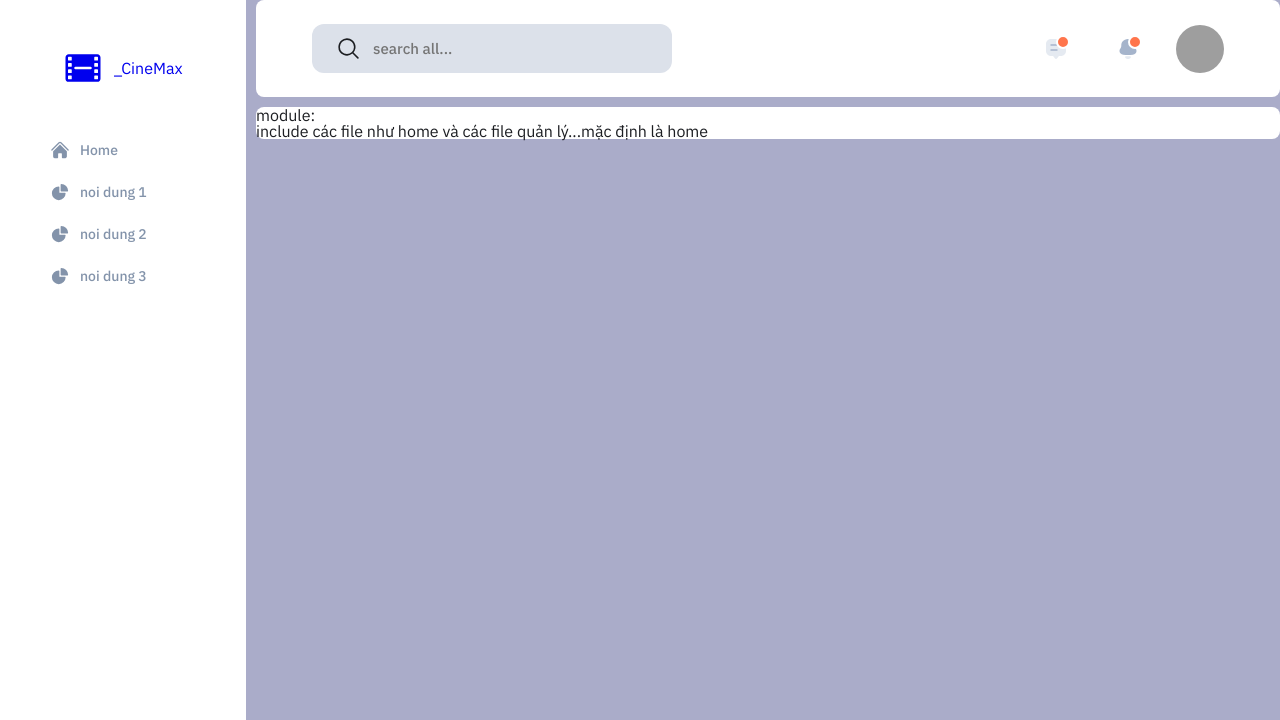
Repository: tdthinhtran961/DoAnCineMax
Page: http://localhost/admin/index.php
An editor plug-in stored every save of this project. The page is shown before and after the next save, followed by the edit.
The browser window is 1280 px wide. The pictures show the whole page.
Pictures or frames that could not be fetched are drawn as grey boxes. The page is run by PHP 8.4 with error messages shown; the project is at /var/www/html/.

Above is the page before, as saved 2023-05-25 23:53:31.

### admin/index.php
<!DOCTYPE html>
<html lang="en">
<head>
    <meta charset="UTF-8">
    <meta http-equiv="X-UA-Compatible" content="IE=edge">
    <meta name="viewport" content="width=device-width, initial-scale=1.0">
    <title>Admin CineMax</title>

    <link rel="stylesheet" href="./index.css">

    <link rel="preconnect" href="https://fonts.googleapis.com">
    <link rel="preconnect" href="https://fonts.gstatic.com" crossorigin>
    <link href="https://fonts.googleapis.com/css2?family=IBM+Plex+Sans:wght@400;500;600;700&display=swap" rel="stylesheet">
</head>
<body>
    <div class="wrapper">
        <?php include "./view/layout/sidebar.php" ?>
        <main class="main">
            <?php include "./view/layout/topbar.php" ?>
            <div class="main-container">
                <h1>module:</h1>
                include các file như home và các file quản lý...mặc định là home
            </div>
        </main>
    </div>
</body>
</html>

### admin/view/layout/sidebar.php
<aside class="sidebar">
    <a href="#" class="logo">
        <svg xmlns="http://www.w3.org/2000/svg" viewBox="0 0 24 24" fill="currentColor" class="w-6 h-6 logo-icon">
            <path fill-rule="evenodd" d="M1.5 5.625c0-1.036.84-1.875 1.875-1.875h17.25c1.035 0 1.875.84 1.875 1.875v12.75c0 1.035-.84 1.875-1.875 1.875H3.375A1.875 1.875 0 011.5 18.375V5.625zm1.5 0v1.5c0 .207.168.375.375.375h1.5a.375.375 0 00.375-.375v-1.5a.375.375 0 00-.375-.375h-1.5A.375.375 0 003 5.625zm16.125-.375a.375.375 0 00-.375.375v1.5c0 .207.168.375.375.375h1.5A.375.375 0 0021 7.125v-1.5a.375.375 0 00-.375-.375h-1.5zM21 9.375A.375.375 0 0020.625 9h-1.5a.375.375 0 00-.375.375v1.5c0 .207.168.375.375.375h1.5a.375.375 0 00.375-.375v-1.5zm0 3.75a.375.375 0 00-.375-.375h-1.5a.375.375 0 00-.375.375v1.5c0 .207.168.375.375.375h1.5a.375.375 0 00.375-.375v-1.5zm0 3.75a.375.375 0 00-.375-.375h-1.5a.375.375 0 00-.375.375v1.5c0 .207.168.375.375.375h1.5a.375.375 0 00.375-.375v-1.5zM4.875 18.75a.375.375 0 00.375-.375v-1.5a.375.375 0 00-.375-.375h-1.5a.375.375 0 00-.375.375v1.5c0 .207.168.375.375.375h1.5zM3.375 15h1.5a.375.375 0 00.375-.375v-1.5a.375.375 0 00-.375-.375h-1.5a.375.375 0 00-.375.375v1.5c0 .207.168.375.375.375zm0-3.75h1.5a.375.375 0 00.375-.375v-1.5A.375.375 0 004.875 9h-1.5A.375.375 0 003 9.375v1.5c0 .207.168.375.375.375zm4.125 0a.75.75 0 000 1.5h9a.75.75 0 000-1.5h-9z" clip-rule="evenodd" />
        </svg>
        _CineMax
    </a>
    <ul class="menu">
        <li class="menu-item">
            <a href="#" class="menu-link">
                <svg xmlns="http://www.w3.org/2000/svg" viewBox="0 0 24 24" fill="currentColor" class="w-6 h-6 menu-icon">
                    <path d="M11.47 3.84a.75.75 0 011.06 0l8.69 8.69a.75.75 0 101.06-1.06l-8.689-8.69a2.25 2.25 0 00-3.182 0l-8.69 8.69a.75.75 0 001.061 1.06l8.69-8.69z" />
                    <path d="M12 5.432l8.159 8.159c.03.03.06.058.091.086v6.198c0 1.035-.84 1.875-1.875 1.875H15a.75.75 0 01-.75-.75v-4.5a.75.75 0 00-.75-.75h-3a.75.75 0 00-.75.75V21a.75.75 0 01-.75.75H5.625a1.875 1.875 0 01-1.875-1.875v-6.198a2.29 2.29 0 00.091-.086L12 5.43z" />
                </svg>
                <span class="menu-text">Home</span>
            </a>
        </li>
        <li class="menu-item">
            <a href="#" class="menu-link">
            <svg xmlns="http://www.w3.org/2000/svg" viewBox="0 0 24 24" fill="currentColor" class="w-6 h-6 menu-icon">
                <path fill-rule="evenodd" d="M2.25 13.5a8.25 8.25 0 018.25-8.25.75.75 0 01.75.75v6.75H18a.75.75 0 01.75.75 8.25 8.25 0 01-16.5 0z" clip-rule="evenodd" />
                <path fill-rule="evenodd" d="M12.75 3a.75.75 0 01.75-.75 8.25 8.25 0 018.25 8.25.75.75 0 01-.75.75h-7.5a.75.75 0 01-.75-.75V3z" clip-rule="evenodd" />
            </svg>
                <span class="menu-text">noi dung 1</span>
            </a>
        </li>
        <li class="menu-item">
            <a href="#" class="menu-link">
                <svg xmlns="http://www.w3.org/2000/svg" viewBox="0 0 24 24" fill="currentColor" class="w-6 h-6 menu-icon">
                    <path fill-rule="evenodd" d="M2.25 13.5a8.25 8.25 0 018.25-8.25.75.75 0 01.75.75v6.75H18a.75.75 0 01.75.75 8.25 8.25 0 01-16.5 0z" clip-rule="evenodd" />
                    <path fill-rule="evenodd" d="M12.75 3a.75.75 0 01.75-.75 8.25 8.25 0 018.25 8.25.75.75 0 01-.75.75h-7.5a.75.75 0 01-.75-.75V3z" clip-rule="evenodd" />
                </svg>
                <span class="menu-text">noi dung 2</span>
            </a>
        </li>
        <li class="menu-item">
            <a href="#" class="menu-link">
            <svg xmlns="http://www.w3.org/2000/svg" viewBox="0 0 24 24" fill="currentColor" class="w-6 h-6 menu-icon">
                <path fill-rule="evenodd" d="M2.25 13.5a8.25 8.25 0 018.25-8.25.75.75 0 01.75.75v6.75H18a.75.75 0 01.75.75 8.25 8.25 0 01-16.5 0z" clip-rule="evenodd" />
                <path fill-rule="evenodd" d="M12.75 3a.75.75 0 01.75-.75 8.25 8.25 0 018.25 8.25.75.75 0 01-.75.75h-7.5a.75.75 0 01-.75-.75V3z" clip-rule="evenodd" />
            </svg>
                <span class="menu-text">noi dung 3</span>
            </a>
        </li>
    </ul>
</aside>

### admin/view/layout/topbar.php
<div class="topbar">
    <div class="search">
        <svg xmlns="http://www.w3.org/2000/svg" viewBox="0 0 24 24" fill="currentColor" class="w-6 h-6 search-icon">
            <path fill-rule="evenodd" d="M10.5 3.75a6.75 6.75 0 100 13.5 6.75 6.75 0 000-13.5zM2.25 10.5a8.25 8.25 0 1114.59 5.28l4.69 4.69a.75.75 0 11-1.06 1.06l-4.69-4.69A8.25 8.25 0 012.25 10.5z" clip-rule="evenodd" />
        </svg>
        <input type="text" class="search-input" placeholder="search all...">
    </div>
    <div class="topbar-right">
        <svg class="icon-message topbar-action" width="48" height="48" viewBox="0 0 48 48" fill="none" xmlns="http://www.w3.org/2000/svg">
            <path d="M14 24.97V18.99C14 16.23 16.24 14 19 14H29C31.76 14 34 16.23 34 18.99V25.97C34 28.72 31.76 30.95 29 30.95H27.5C27.19 30.95 26.89 31.1 26.7 31.35L25.2 33.34C24.54 34.22 23.46 34.22 22.8 33.34L21.3 31.35C21.14 31.13 20.78 30.95 20.5 30.95H19C16.24 30.95 14 28.72 14 25.97V24.97Z" fill="#E5EAF1"/>
            <path d="M29 20.75H19C18.59 20.75 18.25 20.41 18.25 20C18.25 19.59 18.59 19.25 19 19.25H29C29.41 19.25 29.75 19.59 29.75 20C29.75 20.41 29.41 20.75 29 20.75Z" fill="#A5B4CB"/>
            <path d="M25 25.75H19C18.59 25.75 18.25 25.41 18.25 25C18.25 24.59 18.59 24.25 19 24.25H25C25.41 24.25 25.75 24.59 25.75 25C25.75 25.41 25.41 25.75 25 25.75Z" fill="#A5B4CB"/>
            <rect x="25" y="11" width="12" height="12" rx="6" fill="#FF754C"/>
            <rect x="25" y="11" width="12" height="12" rx="6" stroke="white" stroke-width="2"/>
        </svg>
        <svg class="icon-noti topbar-action" width="48" height="48" viewBox="0 0 48 48" fill="none" xmlns="http://www.w3.org/2000/svg">
            <path d="M31.7695 23.6453C31.039 22.7923 30.7071 22.0531 30.7071 20.7972V20.3701C30.7071 18.7335 30.3304 17.6791 29.5115 16.6246C28.2493 14.987 26.1244 14 24.0442 14H23.9558C21.9194 14 19.8611 14.9417 18.577 16.5128C17.7133 17.5884 17.2929 18.6882 17.2929 20.3701V20.7972C17.2929 22.0531 16.9828 22.7923 16.2305 23.6453C15.6769 24.2738 15.5 25.0815 15.5 25.9557C15.5 26.8309 15.7872 27.6598 16.3637 28.3336C17.116 29.1413 18.1785 29.6569 19.2638 29.7466C20.835 29.9258 22.4063 29.9933 24.0005 29.9933C25.5937 29.9933 27.165 29.8805 28.7372 29.7466C29.8215 29.6569 30.884 29.1413 31.6363 28.3336C32.2118 27.6598 32.5 26.8309 32.5 25.9557C32.5 25.0815 32.3231 24.2738 31.7695 23.6453Z" fill="#A5B4CB"/>
            <path d="M26.0087 31.2283C25.5088 31.1215 22.4626 31.1215 21.9627 31.2283C21.5353 31.327 21.0732 31.5566 21.0732 32.0602C21.098 32.5406 21.3793 32.9646 21.7689 33.2335L21.7679 33.2345C22.2718 33.6273 22.8631 33.877 23.4823 33.9667C23.8123 34.012 24.1482 34.01 24.4901 33.9667C25.1083 33.877 25.6996 33.6273 26.2035 33.2345L26.2025 33.2335C26.5921 32.9646 26.8734 32.5406 26.8982 32.0602C26.8982 31.5566 26.4361 31.327 26.0087 31.2283Z" fill="#E5EAF1"/>
            <rect x="25" y="11" width="12" height="12" rx="6" fill="#FF754C"/>
            <rect x="25" y="11" width="12" height="12" rx="6" stroke="white" stroke-width="2"/>
        </svg>
        <div class="profile">
            <img class="" src="https://images.unsplash.com/photo-1600486913747-55e5470d6f40?ixlib=rb-4.0.3&ixid=M3wxMjA3fDB8MHxzZWFyY2h8MTd8fG1hbnxlbnwwfHwwfHx8MA%3D%3D&auto=format&fit=crop&w=800&q=60" alt="">
        </div>
    </div>
</div>

### admin/index.css
/* start css reset */
*,
*:before,
*:after {
  box-sizing: border-box;
}
* {
  margin: 0;
  padding: 0;
  font: inherit;
}
img,
picture,
svg,
video {
  display: block;
  max-width: 100%;
}
input,
select,
textarea {
  background-color: transparent;
  outline: none;
}
button {
  cursor: pointer;
  background-color: transparent;
  outline: none;
  border: 0;
}
body {
  min-height: 100vh;
  font-weight: 400;
  font-size: 16px;
  line-height: 1;
}
a {
  text-decoration: none;
}
ul, ol {
  list-style-type: none;
}
/* end css reset */
body {
  font-family: "IBM Plex Sans", sans-serif;
  color: hsl(220, 10%, 12%);
  text-rendering: optimizeLegibility;
  -webkit-font-smoothing: antialiased;
  -moz-osx-font-smoothing: grayscale;
}
.wrapper {
  max-width: 1440px;
  margin: 0 auto;
  background-color: #aaacc9;
  display: grid;
  grid-template-columns: 256px minmax(0, 1fr);
  min-height: 100vh;
}

/* start sidebar */
.sidebar {
  background-color: white;
  padding: 48px 30px;
  margin-right: 10px;
}
.logo {
  display: flex;
  align-items: center;
  justify-content: center;
  gap: 10px;
  margin-bottom: 44px;
}
.logo-icon {
  width: 40px;
  height: 40px;
}
.menu {
  display: flex;
  flex-direction: column;
  gap: 6px;
}
.menu-icon {
  width: 20px;
  height: 20px;
}
.menu-link {
  display: flex;
  align-items: center;
  gap: 10px;
  color: hsl(215, 19%, 59%);
  font-size: 14px;
  line-height: 143%;
  font-weight: 500;
  padding: 8px 30px 8px 20px;
  border-radius: 12px;
}
.menu-link:hover {
  background: linear-gradient(92.29deg, #415EF4 0.33%, #7141EF 28.14%);
  color: white;
}
/* end css sidebar */
/* start css topbar */
.topbar {
  padding: 24px 56px;
  background-color: white;
  display:flex;
  justify-content: space-between;
  align-items: center;
  margin-bottom: 10px;
  border-radius: 8px;
}
.search {
  padding: 12px 24px;
  border-radius: 12px;
  display: flex;
  align-items: center;
  gap: 12px;
  background-color: hsl(217, 24%, 89%);
  flex: 0 1 360px;
}
.search-icon {
  width: 25px;
  height: 25px;
}
.search-input {
  background-color: transparent;
  border: none;
  font-weight: 500;
  font-size: 15px;
  color: hsl(248, 57%, 60%);
  caret-color: hsl(248, 57%, 60%);
  flex: 1;
}
.topbar-right {
  display: flex;
  align-items: center;
  gap: 24px;
  flex-shrink: 0;
}
.topbar-action{
  flex-shrink: 0;
}
.profile {
  width: 48px;
  height: 48px;
  flex-shrink: 0;
}
.profile img {
  border-radius: 100rem;
  width: 100%;
  height: 100%;
  object-fit: cover;
  flex-shrink: 0;
}
/* end css topbar */
/* star css main-container */
.main-container {
  background-color: white;
  border-radius: 8px;
}

After the next save:
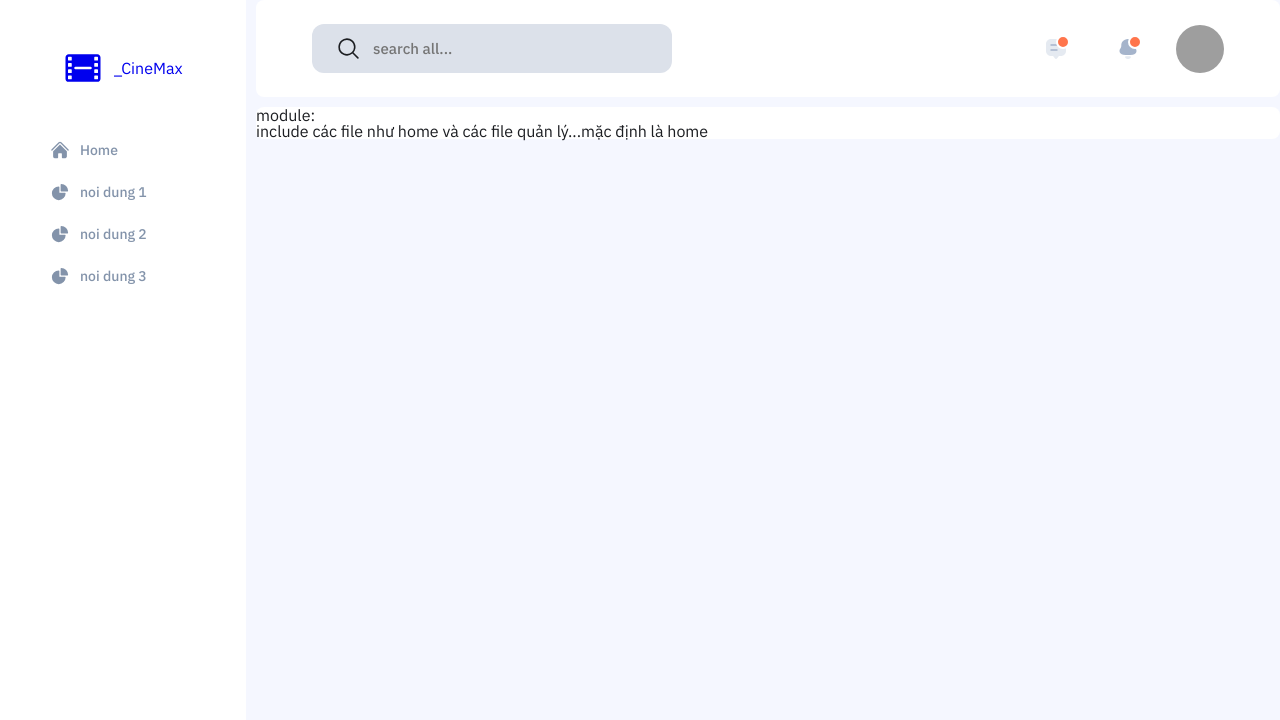
Saved 61 s later.
--- a/admin/index.css
+++ b/admin/index.css
@@ -51,7 +51,7 @@ body {
 .wrapper {
   max-width: 1440px;
   margin: 0 auto;
-  background-color: #aaacc9;
+  background-color: #F5F7FF;
   display: grid;
   grid-template-columns: 256px minmax(0, 1fr);
   min-height: 100vh;
